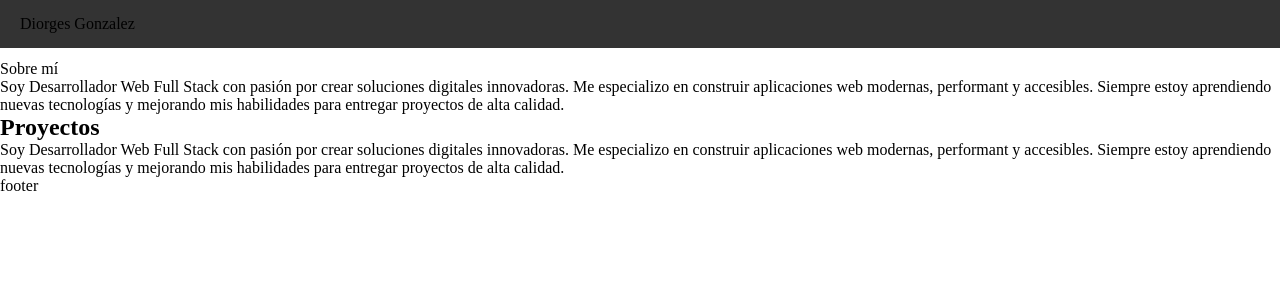
Repository: DenLion09/DenLion09.dots
Page: javascipt_withow_filter/basic/ejercisios/portfolio2/index.html
An editor plug-in stored every save of this project. The page is shown before and after the next save, followed by the edit.
The browser window is 1280 px wide. The pictures show the whole page.

Above is the page before, as saved 2026-05-17 23:32:02.

### javascipt_withow_filter/basic/ejercisios/portfolio2/index.html
<!doctype html>
<html lang="es">
  <head>
    <meta charset="UTF-8" />
    <meta name="viewport" content="width=device-width, initial-scale=1.0" />
    <link rel="stylesheet" href="style.css" />
    <link rel="script" href="App.js" />
    <title>Document</title>
  </head>
  <body>
    <header>
      <p>Diorges Gonzalez</p>
      <button class="menu-toggle">☰</button>
      <nav class="nav-links">
        <a href="#inicio">inicio</a> <a href="#proyectos">proyectos</a>
        <a href="#contacto">contacto</a>
      </nav>
    </header>
    <section id="sobre-mi">
      <p>Sobre mí</p>
      <p>
        Soy Desarrollador Web Full Stack con pasión por crear soluciones
        digitales innovadoras. Me especializo en construir aplicaciones web
        modernas, performant y accesibles. Siempre estoy aprendiendo nuevas
        tecnologías y mejorando mis habilidades para entregar proyectos de alta
        calidad.
      </p>
    </section>
    <section id="proyectos">
      <h1>Proyectos</h1>
      <p>
        Soy Desarrollador Web Full Stack con pasión por crear soluciones
        digitales innovadoras. Me especializo en construir aplicaciones web
        modernas, performant y accesibles. Siempre estoy aprendiendo nuevas
        tecnologías y mejorando mis habilidades para entregar proyectos de alta
        calidad.
      </p>
    </section>
    <footer>
      <p>footer</p>
    </footer>
  </body>
</html>

### javascipt_withow_filter/basic/ejercisios/portfolio2/style.css
* {
  margin: 0%;
  padding: 0%;
  box-sizing: border-box;
}

body {
  padding-top: 60px;
}

header {
  position: fixed;
  top: 0;
  width: 100%;
  background: #333;
  padding: 15px 20px;
  transition: all 0.3s ease;
}

header.scrolled {
  background: #222;
  box-shadow: 0 2px 10px rgba(0, 0, 0, 3);
}

nav {
  color: white;
  text-decoration: none;
  margin-right: 20px;
}

nav:hover {
  color: #f39c12;
}

.menu-toggle {
  display: none;
  background: none;
  border: none;
  color: white;
  font-size: 24px;
  cursor: pointer;
}

@media (max-whidth: 769px) {
  .menu-toggle {
    display: block;
  }
}

.nav-links {
  display: none;
  flex-direction: column;
  background: #333;
  position: absolute;
  top: 100%;
  left: 0;
  width: 100%;
  padding: 20px;
}

.nav-links.active {
  display: flex;
}

.nav-links a {
  margin: 10px;
}

html {
  scroll-behavior: smooth;
}

After the next save:
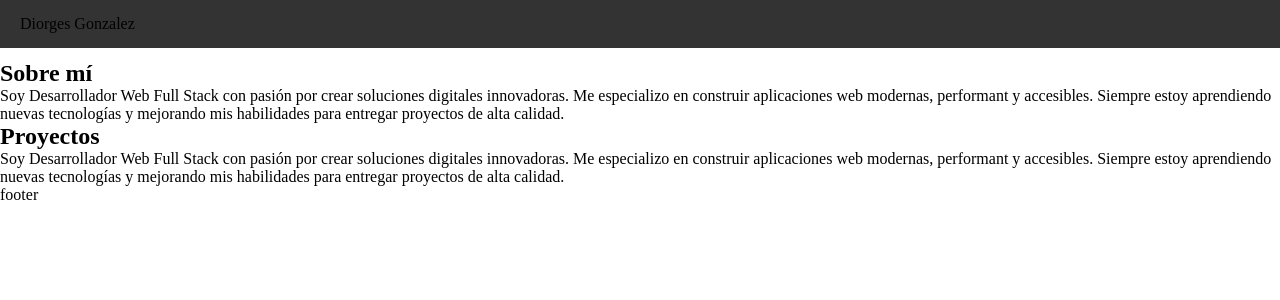
Saved 36 s later.
--- a/javascipt_withow_filter/basic/ejercisios/portfolio2/index.html
+++ b/javascipt_withow_filter/basic/ejercisios/portfolio2/index.html
@@ -17,7 +17,7 @@
       </nav>
     </header>
     <section id="sobre-mi">
-      <p>Sobre mí</p>
+      <h2>Sobre mí</h2>
       <p>
         Soy Desarrollador Web Full Stack con pasión por crear soluciones
         digitales innovadoras. Me especializo en construir aplicaciones web
@@ -27,7 +27,7 @@
       </p>
     </section>
     <section id="proyectos">
-      <h1>Proyectos</h1>
+      <h2>Proyectos</h2>
       <p>
         Soy Desarrollador Web Full Stack con pasión por crear soluciones
         digitales innovadoras. Me especializo en construir aplicaciones web
